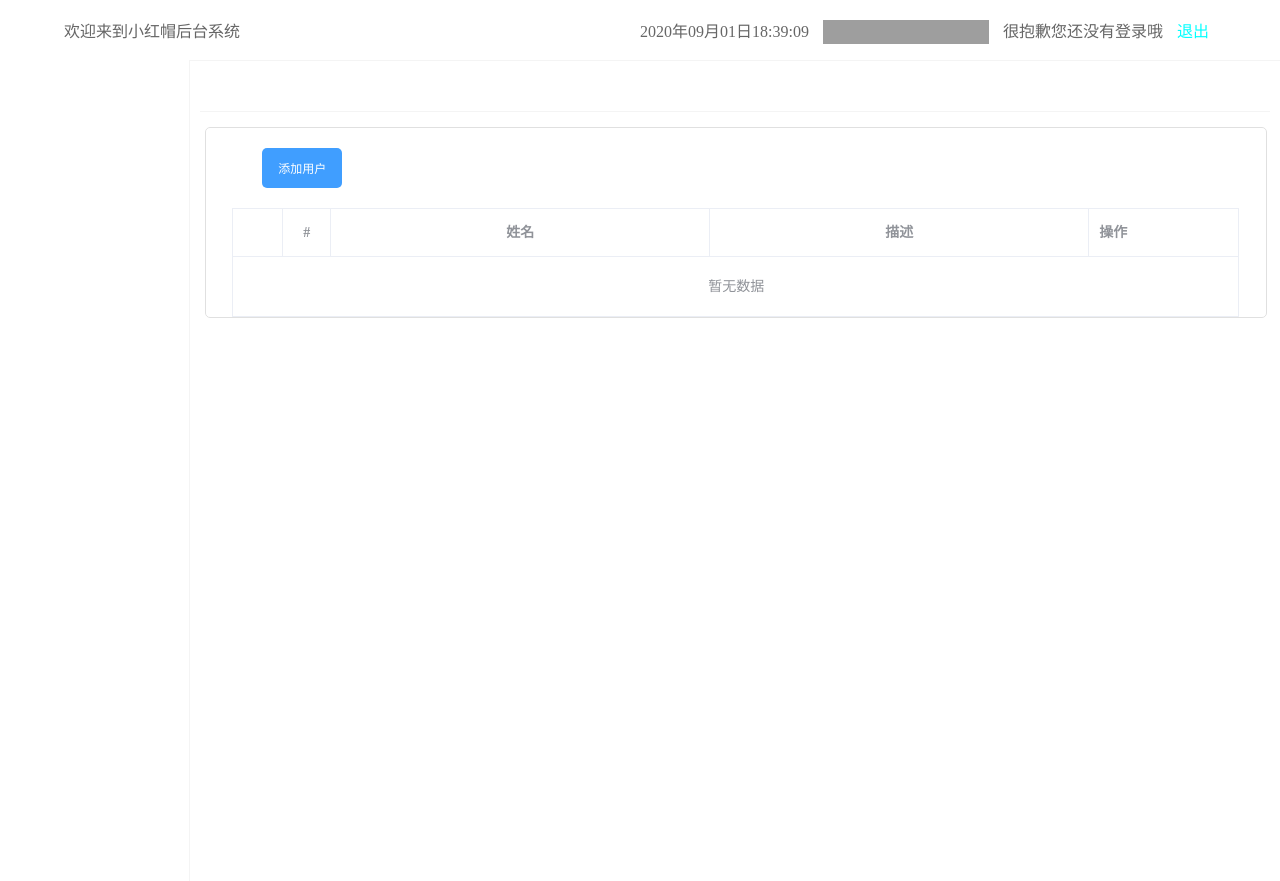
Repository: jinggegeZ/whitesystem
Page: /rights/roles
An editor plug-in stored every save of this project. The page is shown before and after the next save, followed by the edit.
The browser window is 1280 px wide. The pictures show the whole page.
Pictures or frames that could not be fetched are drawn as grey boxes. The page's requests for data from a server got no answer. The project was rebuilt for these pictures with package versions that can differ from the ones it lists, and the page was loaded fresh each time. No one was signed in, and anything a server would have sent is missing. Also part of the build but not shown: vue.config.js, src/views/Home.vue.

Above is the page before, as saved 2020-09-02 12:54:26.

### public/index.html
<!DOCTYPE html>
<html lang="en">
  <head>
    <meta charset="utf-8">
    <meta http-equiv="X-UA-Compatible" content="IE=edge">
    <meta name="viewport" content="width=device-width,initial-scale=1.0">
    <link rel="icon" href="<%= BASE_URL %>favicon.ico">
    <title><%= htmlWebpackPlugin.options.title %></title>
  </head>
  <body>
    <noscript>
      <strong>We're sorry but <%= htmlWebpackPlugin.options.title %> doesn't work properly without JavaScript enabled. Please enable it to continue.</strong>
    </noscript>
    <div id="app"></div>
    <!-- built files will be auto injected -->

     <!--[if lte IE 9]>
    <div style='position:absolute; top: 50%; left:50%; margin-top: -50px;margin-left: -400px; align-items: center;justify-content: center;'>
      <div style='width: 800px; height: 100px;text-align: center'>
        <h1>
        您的浏览器版本过低 请下载最新的谷歌浏览器
      </h1>
      <div style='text-align: center;width: 800px'>
        <a href=''>下载谷歌浏览器点此链接</a>
      </div>
      </div>
    </div>
  <![endif]-->
  </body>

</html>

### src/main.js
import Vue from "vue";
import App from "./App.vue";
import router from "./router";
import store from "./store";
import './bus'
import ElementUI from 'element-ui'
import 'element-ui/lib/theme-chalk/index.css'
import dayjs from 'dayjs'
import echarts from "echarts"

dayjs().format();
Vue.use(ElementUI)
Vue.config.productionTip = false;
Vue.prototype.$echarts = echarts

new Vue({
  router,
  store,
  render: h => h(App)
}).$mount("#app");

### src/App.vue
<template>
  <div id="app">
    <router-view />
  </div>
</template>

<style lang="scss">
@import '../src/style/style'
</style>

### src/store/index.js
import Vue from "vue";
import Vuex from "vuex";
import user from "./user/user";
import order from "./order/order"

Vue.use(Vuex);

export default new Vuex.Store({
  state: {},
  mutations: {},
  actions: {},
  modules: {
    user,
    order
  }
});

### src/bus/index.js
import Vue from 'vue'
const bus = new Vue()
Vue.prototype.$bus = bus

### src/style/style.css
* {
    margin: 0;
    padding: 0;
}

#app {
    width: 100%;
    height: 100%;
}
.el-menu-item {
    min-width: 100px !important;
}
html {
    width: 100%;
    height: 100%;
}

body {
    width: 100%;
    height: 100%;
}

/* 登录页面 */
.login {
    width: 100%;
    height: 100%;
}

.loginbox {
    width: 100%;
    height: 100%;
    display: flex;
    justify-content: center;
    align-items: center;

}

.loginboximg {
    width: 100%;
    height: 100%;
    position: absolute;

}

.msgbox {
    width: 636px;
    height: 400px;
    background: rgb(255, 255, 255);
    border: 1px solid rgb(204, 204, 204);
    z-index: 99;
    position: absolute;
    border-radius: 5px;
}

.topbox {
    width: 100%;
    height: 79px;
    font-size: 22px;
    display: flex;
    justify-content: space-around;
    align-items: center;
    border-bottom: 1px solid rgb(204, 204, 204);
    font-weight: 700;

}
.el-form {
    width: 100%;
}
.topinpuit {
    width: 100%;
    height: 60px;
    display: flex;
    justify-content: center;
    align-items: center;
}
.topinpuit1 {
    width: 100%;
    height: 60px;
    display: flex;
    justify-content: center;

    margin-top: 20px;
}
.topinputfont {
    width: 100%;
    height: 80px;
    display: flex;
    justify-content: center;
    font-size: 14px;
    align-items: center;
}
.topinpuit1-2 {
    width: 90%;
    display: flex;
    justify-content: center;
    align-items: center;
}
.topinpuit1-1 {
    width: 90%;
    display: flex;
    justify-content: center;
    align-items: center;
}
.submit {
    width: 100%;
    height: 80px;
    display: flex;
    justify-content: center;
    align-items: center;

}
/* layout部分 */
.layout-homebox {
    width: 100%;
    height: 100%;

}
.layout-topbox {
    width: 100%;
    height: 60px;
}
.layout-navbox {
    width: 100%;
    display: flex;

}
.layout-leftbox {
    width: 15%;
    min-height: 800px;
    height: 100%;

}
.layout-sonbox {
    padding: 10px;
    width: 85%;
    min-height: 800px;
    height: 100%;
    border-top: 1px solid rgb(244,244,244);
    border-left: 1px solid rgb(244,244,244);
}
.layout-sonbox-top {
    width: 100%;
    height: 40px;
    border-bottom: 1px solid rgb(244,244,244);
    display: flex;
    align-items: center;
}
.layout-sonbox-top-item {
    padding: 3px 15px;
    font-size: 12px;
    border: 1px solid rgb(224,224,224);
    margin-left: 10px;
    border-radius: 5px;
}
.layout-sonbox-top-item:hover {
    background: rgb(7, 170, 235);
    color: white;
}
.layout-sonbox-top-item:hover .vis {
    visibility: visible;

}
.vis {
    visibility: hidden;
}
.layout-sonbox-top-item2 {
    margin-left: 10px;
    margin-right: 10px;

}
.layout-sonbox-box {
    margin-top: 10px;
}
/* 头部样式 */
.top-Box {
    width: 100%;
    height: 60px;
    display: flex;
    justify-content: center;
    align-items: center;

}
.top-box {
    width: 90%;
    height: 60px;
    display: flex;
    justify-content: space-between;
    align-items: center;
}
.top-box-left {
    width: 50%;
    height: 100%;
    font-size: 16px;
    color: #666;
    display: flex;
    align-items: center;
}
.top-box-right {
    width: 590px;
    height: 100%;
    font-size: 20px;
    color: #666;
    display: flex;
    justify-content: space-around;
    align-items: center;
    font-size: 16px;
}
.logout {
    color: aqua;
}
.weather {
    height: 21px;
}
iframe{
    width: 166px;
}
iframe html{
    width: 166px;
}
iframe body{
    width: 166px;
}

### src/views/layout1/layout.vue
<template>
  <div class="layout-homebox">
    <div class="layout-topbox">
      <topbox></topbox>
    </div>
    <div class="layout-navbox">
      <div class="layout-leftbox">
        <leftbox></leftbox>
      </div>
      <div class="layout-sonbox">
      <used></used>
        <div class="layout-sonbox-box">
          <template>
            <router-view />
          </template>
        </div>
      </div>
    </div>
  </div>
</template>

<script>
import topbox from "../../components/topbox/topbox";
import leftbox from "../../components/leftbox/leftbox";
import used from "../../components/used/used"
export default {
  name: "",
  props: {},
  components: {
    topbox,
    leftbox,
    used
  },
  data() {
    return {};
  },
  methods: {},
  mounted() {},
  watch: {},
  computed: {}
};
</script>

<style scoped lang='scss'>
</style>

### src/views/roleList/RoleList.vue
<template>
  <div class="UserListbox">
    <div class="userListbox">
      <div class="userListbox-serach">
        <div class="userListbox-serach1">
          <div class="adduser" @click="opendiolog">添加用户</div>
           <template>
                  <el-dialog
                    title="添加用户"
                    :visible.sync="dialogVisible1"
                    width="30%"
                    :before-close="handleClose1"
                  >
                    <span>
                      <el-form
                        :label-position="labelPosition"
                        label-width="80px"
                        :model="formLabelAlign1"
                        :rules="rules"

                      >
                        <el-form-item label="用户姓名" prop="name" >
                          <el-input v-model="formLabelAlign1.name"></el-input>
                        </el-form-item>
                        <el-form-item label="用户密码" prop="password"  >
                          <el-input type="password" v-model="formLabelAlign1.password"></el-input>
                        </el-form-item>
                        <el-form-item label="邮箱" prop="email"  >
                          <el-input v-model="formLabelAlign1.email"></el-input>
                        </el-form-item>
                        <el-form-item label="电话" prop="mobile"  >
                          <el-input v-model="formLabelAlign1.mobile"></el-input>
                        </el-form-item>

                      </el-form>
                    </span>
                    <span slot="footer" class="dialog-footer">
                      <el-button @click="dialogVisible1 = false">取 消</el-button>
                      <el-button type="primary" @click="addUser">确 定</el-button>
                    </span>
                  </el-dialog>
                </template>
        </div>
      </div>
      <div class="userListbox-nav">
        <!-- 用户表格 -->
        <div class="list_b">
          <el-table :data="roles" border stripe style="width: 100%">
          <!-- 展开符 -->
            <el-table-column label="" align="center" width="50"></el-table-column>
            <!-- 下标 -->
            <el-table-column label="#" type="index" :index="indexMethod" align="center"></el-table-column>
            <!-- 姓名 -->
            <el-table-column prop="roleName" label="姓名"  align="center"></el-table-column>
            <!-- 角色 -->
            <el-table-column prop="roleDesc" label="描述"  align="center"></el-table-column>
            <!-- 操作 -->
            <el-table-column label="操作" width="150">
              <template slot-scope="scope">
                <el-tooltip class="item" effect="dark" content="编辑角色" placement="top">
                  <el-button
                    size="mini"
                    type="primary"
                    icon="el-icon-edit"
                    @click="handleEdit(scope.$index, scope.row)"
                  ></el-button>
                </el-tooltip>
                <template>
                  <el-dialog
                    title="编辑信息"
                    :visible.sync="dialogVisible"
                    width="30%"
                    :before-close="handleClose"
                  >
                    <span>
                      <el-form
                        :label-position="labelPosition"
                        label-width="80px"
                        :model="formLabelAlign"
                      >
                        <el-form-item label="用户名" disabled>
                          <el-input v-model="formLabelAlign.name"></el-input>
                        </el-form-item>
                        <el-form-item label="邮箱" prop="email">
                          <el-input v-model="formLabelAlign.email"></el-input>
                        </el-form-item>
                        <el-form-item label="电话" prop="mobile">
                          <el-input v-model="formLabelAlign.mobile"></el-input>
                        </el-form-item>
                      </el-form>
                    </span>
                    <span slot="footer" class="dialog-footer">
                      <el-button @click="dialogVisible = false">取 消</el-button>
                      <el-button type="primary" @click="changemsg">确 定</el-button>
                    </span>
                  </el-dialog>
                </template>
                <el-tooltip class="item" effect="dark" content="删除角色" placement="top">
                  <el-button
                    size="mini"
                    type="danger"
                    icon="el-icon-delete"
                    @click="handleDelete(scope.$index, scope.row)"
                  ></el-button>
                </el-tooltip>
                <el-tooltip class="item" effect="dark" content="分配角色" placement="top">
                  <el-button
                    size="mini"
                    type="warning"
                    icon="el-icon-setting"
                    @click="handleshare(scope.$index, scope.row)"
                  ></el-button>
                </el-tooltip>
                <template>
                  <el-dialog
                    title="编辑信息"
                    :visible.sync="dialogVisible2"
                    width="30%"
                    :before-close="handleClose"
                  >
                    <span>
                    123
                    </span>
                    <span slot="footer" class="dialog-footer">
                      <el-button @click="dialogVisible2 = false">取 消</el-button>
                      <el-button type="primary" @click="dialogVisible2 = false">确 定</el-button>
                    </span>
                  </el-dialog>
                </template>
              </template>
            </el-table-column>
          </el-table>
        </div>
      </div>
    </div>
  </div>
</template>

<script>
import { createNamespacedHelpers } from "vuex";
const userModule = createNamespacedHelpers("user");
const { mapState, mapActions } = userModule;
export default {
  name: "UserList",
  props: {},
  components: {},
  data() {
    return {
      keyword: "",
      pagenum: 1,
      pagesize: 5,
      query: "",
      id: "",
      value: true,
      tableData: [],
      dialogVisible: false,
      dialogVisible1:false,
      dialogVisible2:false,
      labelPosition: "right",
       formLabelAlign: {
        name: "",
        email: "",
        mobile: ""
      },
      formLabelAlign1: {
        name: "",
        password:"",
        email: "",
        mobile: ""
      },
      rules: {
        name: [
          { required: true, message: "请输入用户名", trigger: "change" },
          {

            message: "用户名不能为空",
            trigger: ["blur", "change"]
          }
        ],
        password: [
          { required: true, message: "请输入邮箱地址", trigger: "change" },
          {
            min:"6",
            message: "密码至少为6位",
            trigger: ["blur", "change"]
          }
        ],
        email: [
          { required: false, message: "请输入邮箱地址", trigger: "change" },
          {
            type: "email",
            message: "请输入正确的邮箱地址",
            trigger: ["blur", "change"]
          }
        ],
        mobile: [
          { required: false, message: "请输入电话", trigger: "change" },
          {
           min:"11",
           max:'11',
            message: "请输入正确的手机号码",
            trigger: ["blur", "change"]
          }
        ]
      }
    };
  },
  methods: {
    //展开符运算
    ...mapActions(["getroles"]),
    //表格
    handleEdit(index, row) {
      console.log(index, row);
      //打开diolog
      this.dialogVisible = true;
      this.formLabelAlign.name = row.username
      this.formLabelAlign.email = row.email
      this.formLabelAlign.mobile = row.mobile
      this.id = row.id
    },
    changemsg(){
      this.dialogVisible = false
      //编辑用户请求
      this.changeusermsg({
        id: this.id,
        email: this.formLabelAlign.email,
        mobile: this.formLabelAlign.mobile,
         pagenum: this.pagenum,
        pagesize: this.pagesize,
        query: this.query
      })
    },
    handleClose(done) {
      this.$confirm("确认关闭？")
        .then(() => {
          done();
          this.formLabelAlign.name = "";
          this.formLabelAlign.email = "";
          this.formLabelAlign.email = "";
        })
        .catch(() => {});
    },
    //删除
    handleDelete(index, row) {
      console.log(index, row);
      this.deleteUser({
        id: row.id,
        pagenum: this.pagenum,
        pagesize: this.pagesize,
        query: this.query
      });
    },
    //分配角色
    handleshare(index, row){
       console.log(index, row);
       this.dialogVisible2 = true
    },
    //修改状态
    change(e) {
      console.log(e);
      this.changUsertype({
        uId: e.id,
        type: e.mg_state,
        pagenum: this.pagenum,
        pagesize: this.pagesize,
        query: this.query
      });
    },
    //打开弹框
    opendiolog(){
      this.dialogVisible1 = true
    },
    //添加用户
    addUser(){

      this.dialogVisible1 = false
      this.addUsers({
        username:this.formLabelAlign1.name,
        password:this.formLabelAlign1.password,
        email:this.formLabelAlign1.email,
        mobile:this.formLabelAlign1.mobile,
         pagenum: this.pagenum,
        pagesize: this.pagesize,
        query: this.query
      })
    },
     handleClose1(done) {
      this.$confirm("确认关闭？")
        .then(() => {
          done();
          this.formLabelAlign.name = "";
          this.formLabelAlign.email = "";
          this.formLabelAlign.email = "";
        })
        .catch(() => {});
    },
    //获取下标
    indexMethod(index) {
      return index * 1;
    },
  },
  mounted() {
    this.getroles();
  },
  watch: {},
  computed: {
    ...mapState(["roles"])
  }
};
</script>

<style scoped lang='scss'>
.UserListbox {
  padding: 5px;
}
.userListbox {
  width: 100%;
  border: 1px solid rgb(224, 224, 224);
  border-radius: 5px;
}
.list_b {
  width: 95%;
  height: 95%;
}
.userListbox-nav {
  width: 100%;
  display: flex;
  justify-content: center;
  align-items: center;
}
.userListbox-serach {
  width: 100%;
  height: 80px;
  display: flex;
  align-items: center;
  justify-content: center;
}
.userListbox-serach1 {
  width: 95%;
  display: flex;
  align-items: center;
}
.serachbox {
  width: 47px;
  height: 39px;
  display: flex;
  justify-content: center;
  align-items: center;
}

.adduser {
  width: 80px;
  height: 40px;
  display: flex;
  justify-content: center;
  align-items: center;
  color: white;
  font-size: 12px;
  background: rgb(64, 158, 255);
  margin-left: 30px;
  border-radius: 5px;
}
.fenye {
  margin-top: 10px;
  margin-bottom: 10px;
}
</style>

### src/components/topbox/topbox.vue
<template>
  <div>
    <div class="top-Box">
      <div class="top-box">
        <div class="top-box-left">欢迎来到小红帽后台系统</div>
        <div class="top-box-right">
          <div>{{ nowDate }}{{ nowTime }}</div>
          <div class="weather"><iframe scrolling="no" src="https://tianqiapi.com/api.php?style=tf&skin=cherry" frameborder="0" width="400" height="24" allowtransparency="true"></iframe></div>
          <div v-if="this.adminUser">亲爱的：{{adminUser.username}}</div>
          <div v-else>很抱歉您还没有登录哦</div>
          <div @click="logout" class="logout">退出</div>
        </div>
      </div>
    </div>
  </div>
</template>
<script>
export default {
  name: "",
  props: {},
  components: {},
  data() {
    return {
      nowDate: null, //存放年月日变量
      nowTime: null, //存放时分秒变量
      timer: "", //定义一个定时器的变量
      currentTime: new Date(), // 获取当前时间
      adminUser:[], //获取用户信息
      adminToken:"", //获取令牌
    };
  },
  methods: {
    //获取时间
    getTime() {
      const date = new Date();
      const year = date.getFullYear();
      const month = date.getMonth() + 1;
      const day = date.getDate();
      const hour = date.getHours();
      const minute = date.getMinutes();
      const second = date.getSeconds();
      this.month = check(month);
      this.day = check(day);
      this.hour = check(hour);
      this.minute = check(minute);
      this.second = check(second);
      function check(i) {
        const num = i < 10 ? "0" + i : i;
        return num;
      }
      this.nowDate = year + "年" + this.month + "月" + this.day + "日";
      this.nowTime =
        this.hour + ":" + this.minute + ":" + this.second ;
    },
    //退出登录
    logout(){
      localStorage.removeItem('adminUser')
      this.$router.push('/login')
    },

  },
  mounted() {
    //获取时间
    this.timer = setInterval(this.getTime, 1000);
    //获取个人信息
    this.adminUser = JSON.parse(localStorage.getItem('adminUser'))
    this.adminToken = localStorage.getItem('adminToken')




  },
  beforeDestroy() {
    if (this.timer) {
      clearInterval(this.timer); // 在Vue实例销毁前，清除定时器
    }

  },
  watch: {},
  computed: {

  }
};
</script>

<style scoped lang='scss'>
</style>

### src/components/leftbox/leftbox.vue
<template>
  <div>
    <el-menu :default-active="$route.path" unique-opened router>
      <template v-for="item in menus">
        <el-submenu :index="item.path" :key="item.id" v-if="item.children">
          <template slot="title">
            <i :class="item.icon"></i>
            <span>{{ item.authName }}</span>
          </template>
          <el-menu-item-group>
            <el-menu-item
              :index="children.path"
              v-for="children in item.children"
              :key="children.path"
            >
              <i :class="children.icon"></i>
              <span
                slot="title"
                @click="chose(children.path, children.authName)"
              >{{ children.authName }}</span>
            </el-menu-item>
          </el-menu-item-group>
        </el-submenu>
        <el-menu-item :index="item.path" :key="item.path" v-else>
          <span slot="title">{{ item.authName }}</span>
        </el-menu-item>
      </template>
    </el-menu>
  </div>
</template>

<script>
import { createNamespacedHelpers } from "vuex";
const userModule = createNamespacedHelpers("user");
const { mapState: userState, mapActions: userActions } = userModule;
export default {
  name: "",
  props: {},
  components: {},
  data() {
    return {
      activeIndex: "/index",
      addresslist: []
    };
  },
  methods: {
    ...userActions(["getMenus"]),
    //选择子元素
    chose(path, name) {
      console.log(path, name);
      let arr = JSON.parse(localStorage.getItem("uesdTabs"));
      if (arr) {
        // 去重
        let length = arr.filter(item => {
          return item.path === path;
        }).length;

        if (length === 0) {
          arr.push({
            path: path,
            name: name
          });
        }
      } else {
        arr = [];
        arr.push({
          path: path,
          name: name
        });
      }
      localStorage.setItem("uesdTabs", JSON.stringify(arr));
    }
  },
  mounted() {
    this.getMenus();
  },
  watch: {},
  computed: {
    ...userState(["menus"])
  }
};
</script>

<style scoped lang='scss'>
</style>

### src/components/used/used.vue
<template>
  <div>
    <div class="layout-sonbox-top" >
      <div class="layout-sonbox-top-item" v-for="item in Tabs" :key="item.path">
        <span class="vis">●</span> <span class="layout-sonbox-top-item2">{{item.name}}</span><span class="vis" @click="deletes(item)">X</span>
      </div>
    </div>
  </div>
</template>

<script>
export default {
  name: "used",
  props: {},
  components: {},
  data() {
    return {
      Tabs: []
    };
  },
  methods: {
    //获取local
    getlocal(){
      if (localStorage.getItem("uesdTabs")) {
      this.Tabs = JSON.parse(localStorage.getItem("uesdTabs"))
      // console.log(this.Tabs);
    }
    },
    //删除元素
    deletes(item){
      console.log(item);
    }
  },
  mounted() {
  this.getlocal()
  },
  watch: {
        // 监听路由跳转
    "$route.path": {
      handler(val) {
        this.getlocal();
        console.log("菜单：", val);
        this.currentPath = val; //val是路由跳转的path
      },
      immediate: true, //立即执行
    },
  },
  computed: {

  }
};
</script>

<style scoped lang='scss'>
</style>

Loaded but not shown: src/store/user/user.js (195 lines, source omitted); src/router/index.js (183 lines, source omitted); src/store/order/order.js (57 lines, source omitted); src/http/api.js (52 lines, source omitted); src/http/index.js (66 lines, source omitted)

After the next save:
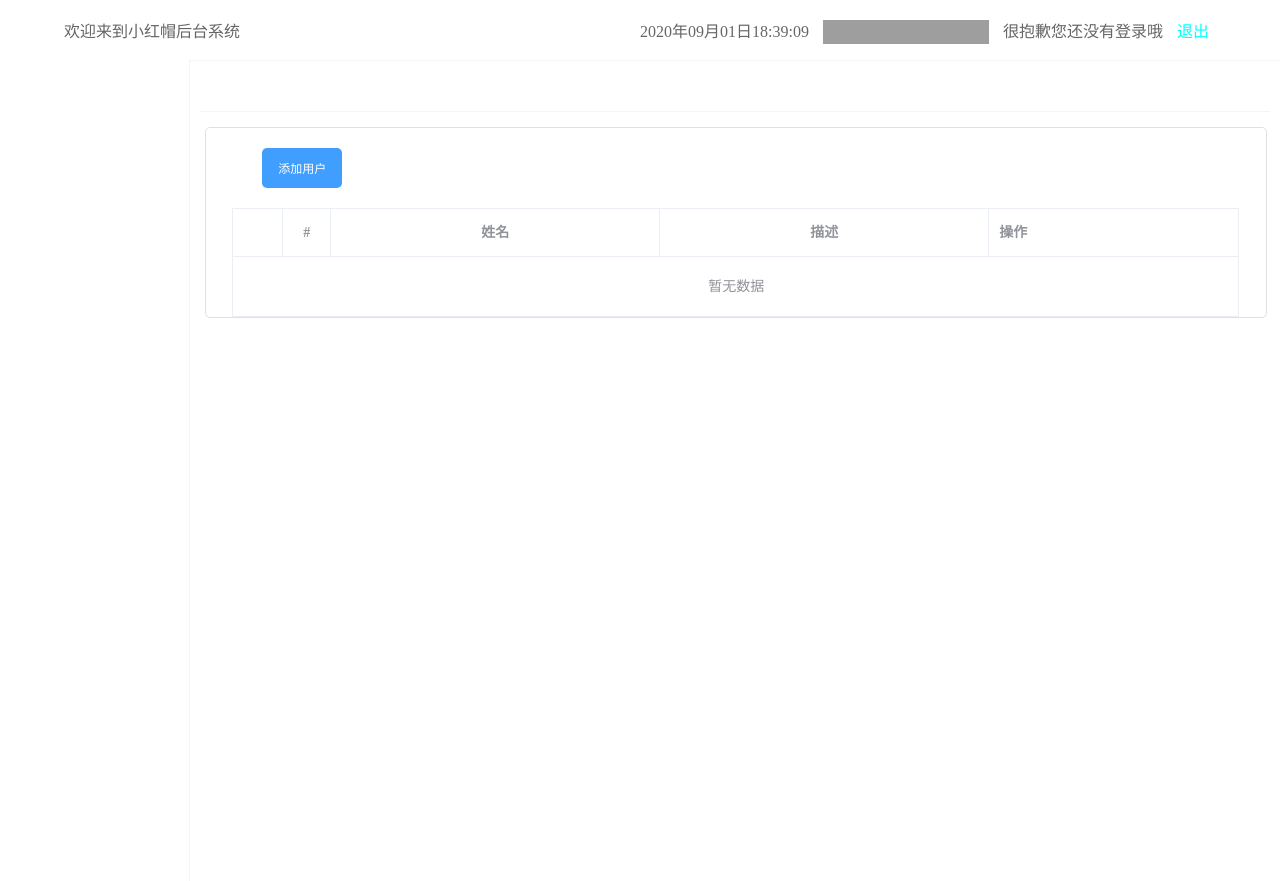
Saved 30 s later.
--- a/src/views/roleList/RoleList.vue
+++ b/src/views/roleList/RoleList.vue
@@ -55,7 +55,7 @@
             <!-- 角色 -->
             <el-table-column prop="roleDesc" label="描述"  align="center"></el-table-column>
             <!-- 操作 -->
-            <el-table-column label="操作" width="150">
+            <el-table-column label="操作" width="250">
               <template slot-scope="scope">
                 <el-tooltip class="item" effect="dark" content="编辑角色" placement="top">
                   <el-button
